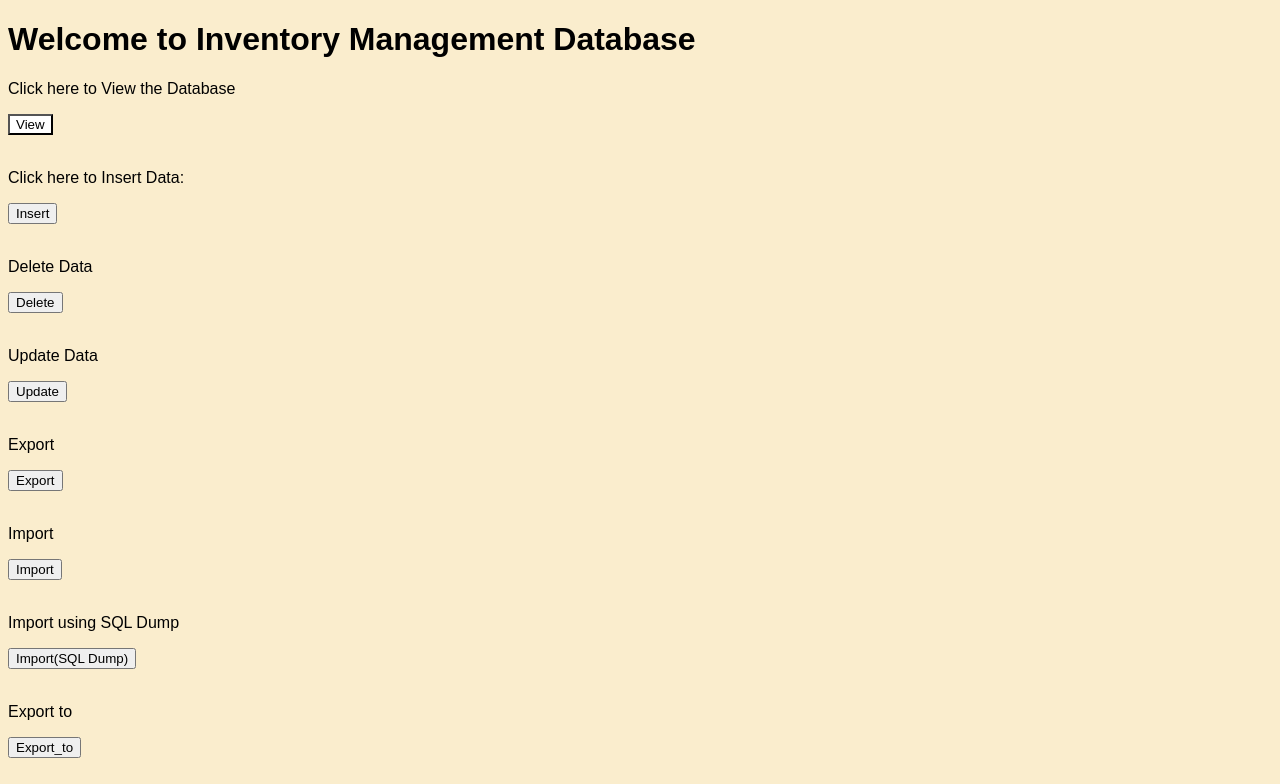
Repository: cyrusdwivedi2002/inventory-management-system
Page: DemoApp/src/main/webapp/Mainpage.html
These files come from the project's save history. The page is drawn as it stood at one moment and after the next save; the edit follows.
The browser window is 1280 px wide. The pictures show the whole page.
Some web fonts or font styles are not loaded; a fallback is used.

Above is the page before, as saved 2022-06-24 18:13:31.

### DemoApp/src/main/webapp/Mainpage.html
<!DOCTYPE html>
<html>
<head>
<meta charset="ISO-8859-1">

<link rel="preconnect" href="https://fonts.googleapis.com">
<link rel="preconnect" href="https://fonts.gstatic.com" crossorigin>
<link href="https://fonts.googleapis.com/css2?family=Anek+Latin:wght@500&family=Smooch&display=swap" rel="stylesheet">

<style>
body {
background-color: #faedcd;
font-family: 'Anek Latin', sans-serif;
}
h1{
color: black;
margin-left:auto;
margin-right:auto;
}
</style>
<title>Inventory management System</title>
</head>
<body>
	<h1>Welcome to Inventory Management Database</h1>
	<p> Click here to View the Database </p>
	<button type="button" form="form1"   onclick="window.location.href = 'view.html';" style = 'background-color:white'>View</button>
	<br/><br/>
	<p> Click here to Insert Data: </p>
	<button type="button" form="form1"   onclick="window.location.href = 'insert.html';">Insert</button>
	<br/><br/>
	<p> Delete Data </p>
	<button type="button" form="form1"   onclick="window.location.href = 'delete.html';">Delete</button>
	<br/><br/>
	<p> Update Data </p>
	<button type="button" form="form1"   onclick="window.location.href = 'update.html';">Update</button>
	<br/><br/>
	<p> Export </p>
	<button type="button" form="form1"   onclick="window.location.href = 'export.html';">Export</button>
	<br/><br/>
	<p> Import </p>
	<button type="button" form="form1"   onclick="window.location.href = 'import.html';">Import</button>
	<br/><br/>
	<p> Import using SQL Dump</p>
	<button type="button" form="form1"   onclick="window.location.href = 'importdump.html';">Import(SQL Dump)</button>
	<br/><br/>
	<p> Export to</p>
	<button type="button" form="form1"   onclick="window.location.href = 'export.html';">Export_to</button>
	<br/><br/>

	</body>
</html>

After the next save:
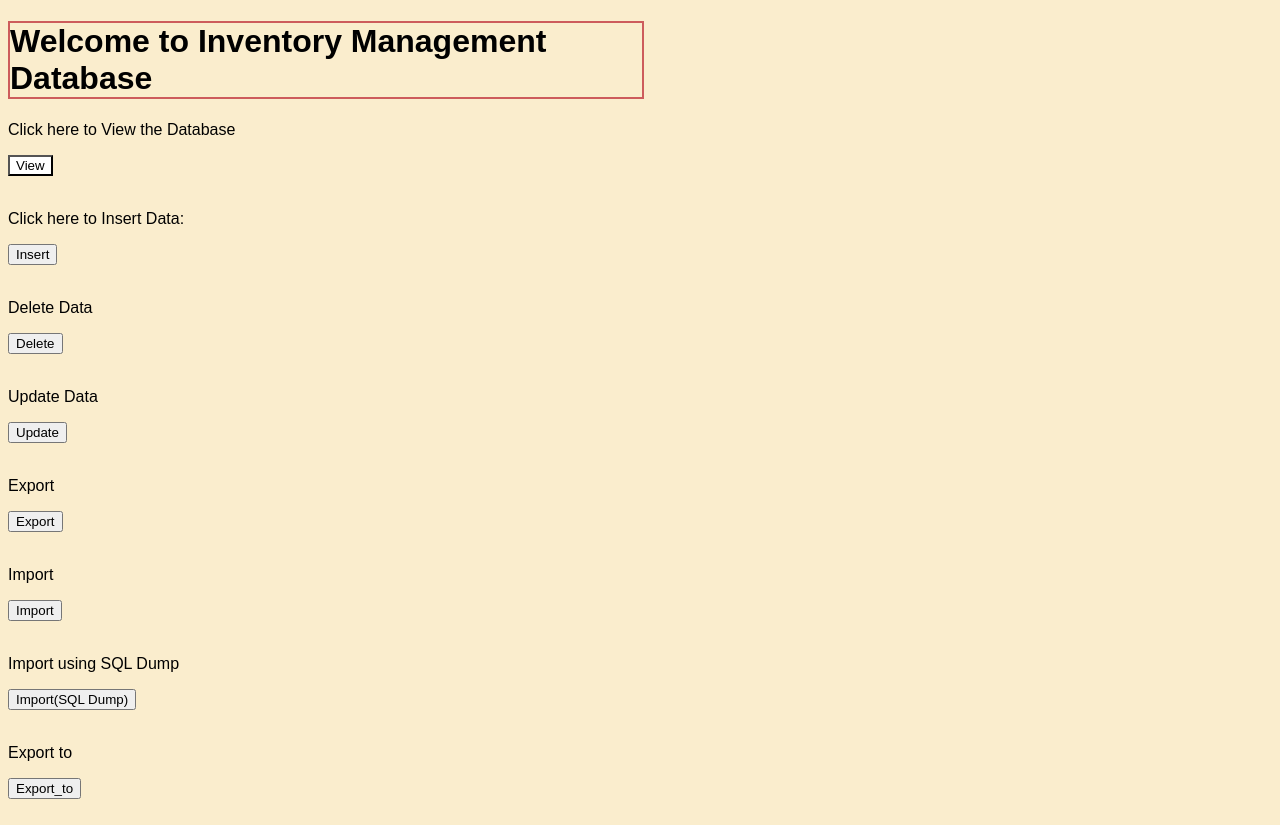
Saved 5 min 0 s later.
--- a/DemoApp/src/main/webapp/Mainpage.html
+++ b/DemoApp/src/main/webapp/Mainpage.html
@@ -14,8 +14,8 @@ font-family: 'Anek Latin', sans-serif;
 }
 h1{
 color: black;
-margin-left:auto;
-margin-right:auto;
+width: 50%;
+border: 2px solid indianred;
 }
 </style>
 <title>Inventory management System</title>
